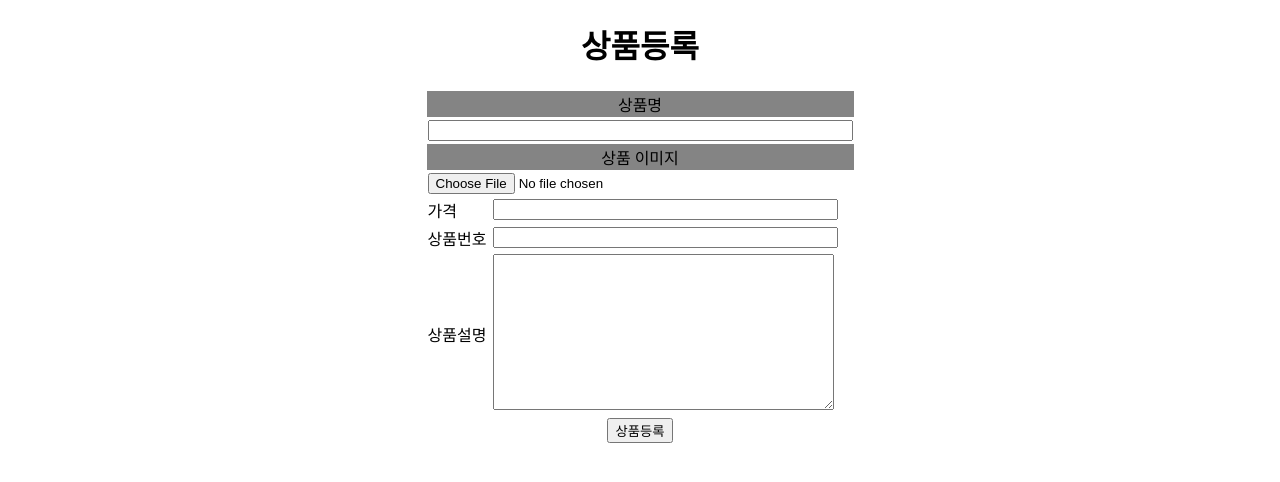
Repository: gunvv00/Java_practice
Page: html_work/html01/WebContent/goods.html
An editor plug-in stored every save of this project. The page is shown before and after the next save, followed by the edit.
The browser window is 1280 px wide. The pictures show the whole page.

Above is the page before, as saved 2020-01-02 08:01:43.

After the next save:
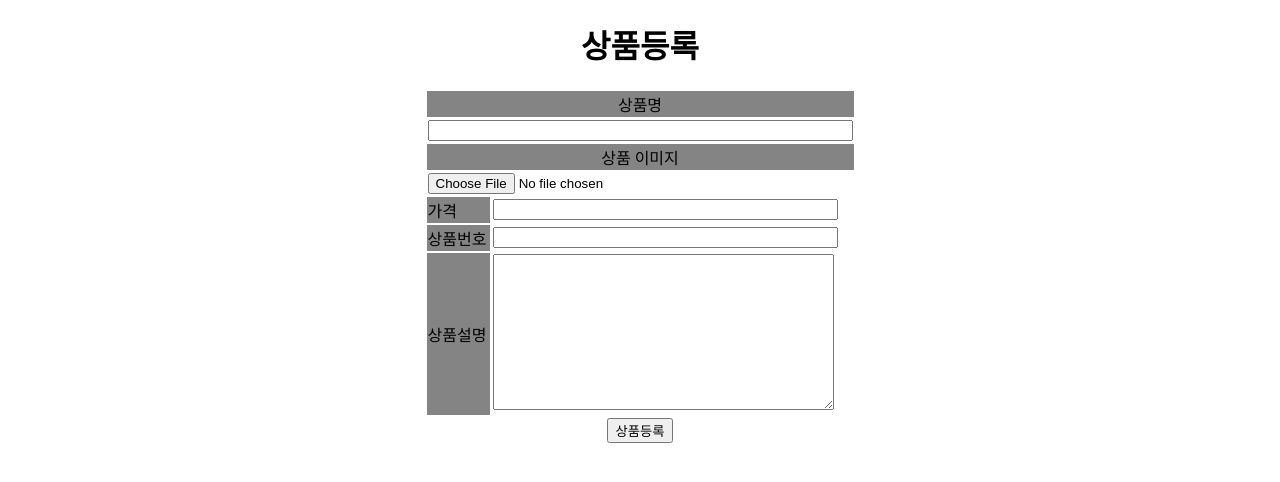
Saved 22 s later.
--- a/html_work/html01/WebContent/goods.html
+++ b/html_work/html01/WebContent/goods.html
@@ -21,15 +21,15 @@
 			<td colspan = "2"><input type='file' name='file' value ="" /></td>
 		</tr>
 		<tr>
-			<td>가격</td>
+			<td bgcolor = #848484>가격</td>
 			<td><input type = "price" name="" value = "" size = "40" ></td>
 		</tr>
 		<tr>
-			<td>상품번호</td>
+			<td bgcolor = #848484>상품번호</td>
 			<td><input type = "produtNumber" name="" value = "" size = "40" ></td>
 		</tr>
 		<tr>
-			<td>상품설명</td>
+			<td bgcolor = #848484>상품설명</td>
 			<td><textarea name = "" rows = "10" cols="40">  </textarea></td>
 		</tr>
 		<tr align="center">
